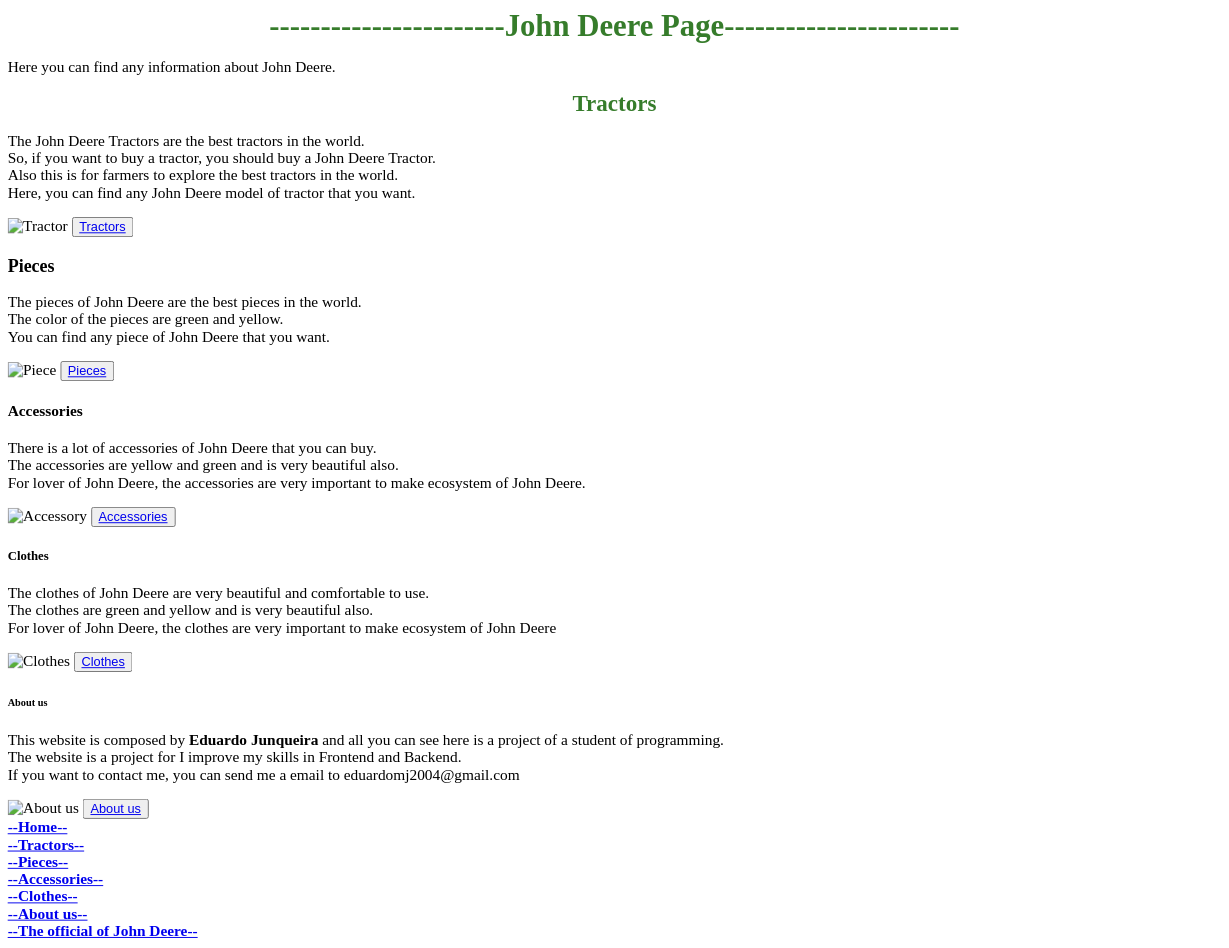
Repository: EduardoJunqueira2004/WEBJohnDeere
Page: HTML/index.html
These files come from the project's save history. The page is drawn as it stood at one moment and after the next save; the edit follows.
The browser window is 1280 px wide. The pictures show the whole page, at 96% of full size.

Above is the page before, as saved 2024-12-07 15:47:30.

After the next save:
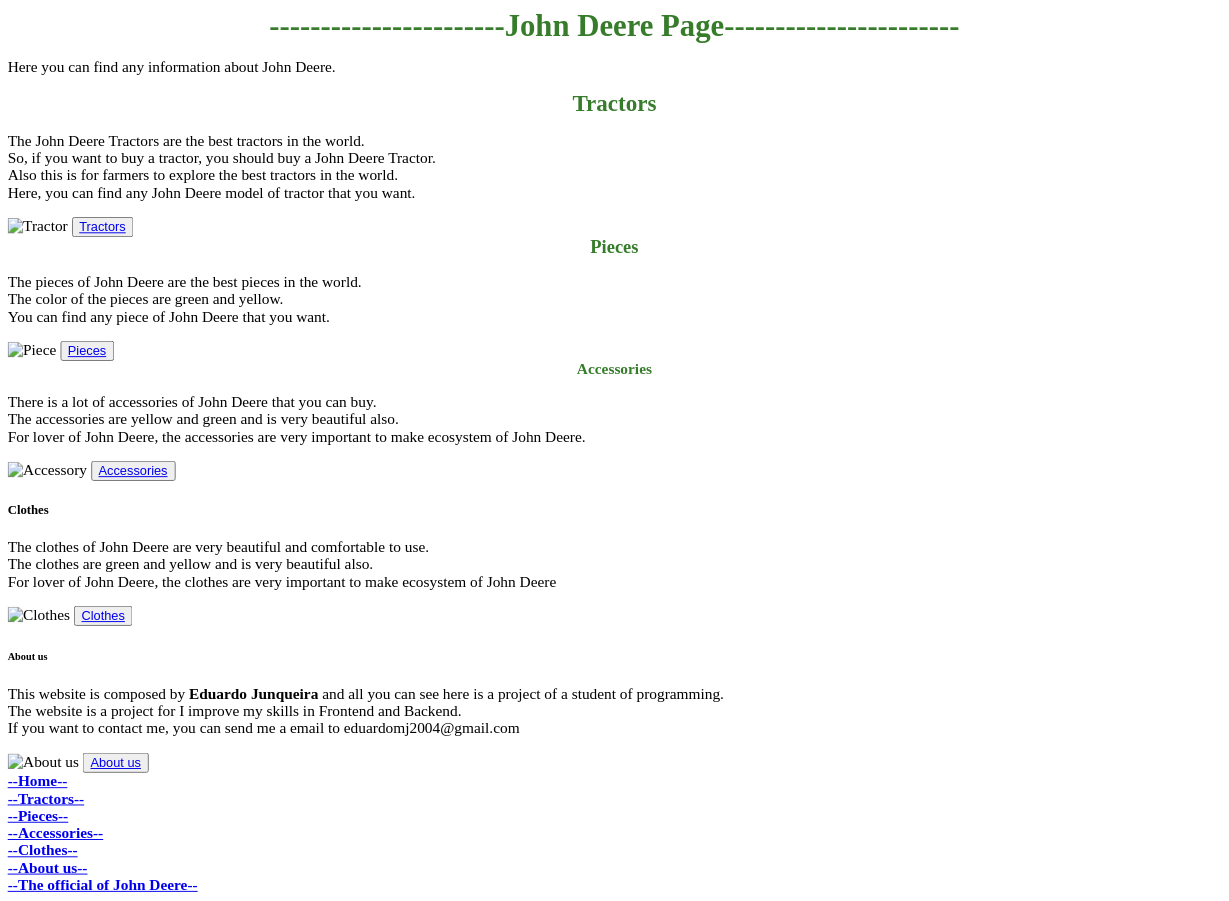
Saved 13 s later.
--- a/CSS/index.css
+++ b/CSS/index.css
@@ -19,7 +19,7 @@
     margin-top: 0;
     margin-bottom: 0;
 }
-/*header3
+/*header3*/
 h3{
     color: #367C2B;
     font-size: 1.2em;
@@ -28,7 +28,7 @@
     margin-top: 0;
     margin-bottom: 0;
 }
-//header4
+/*header4*/
 h4{
     color: #367C2B;
     font-size: 1em;
